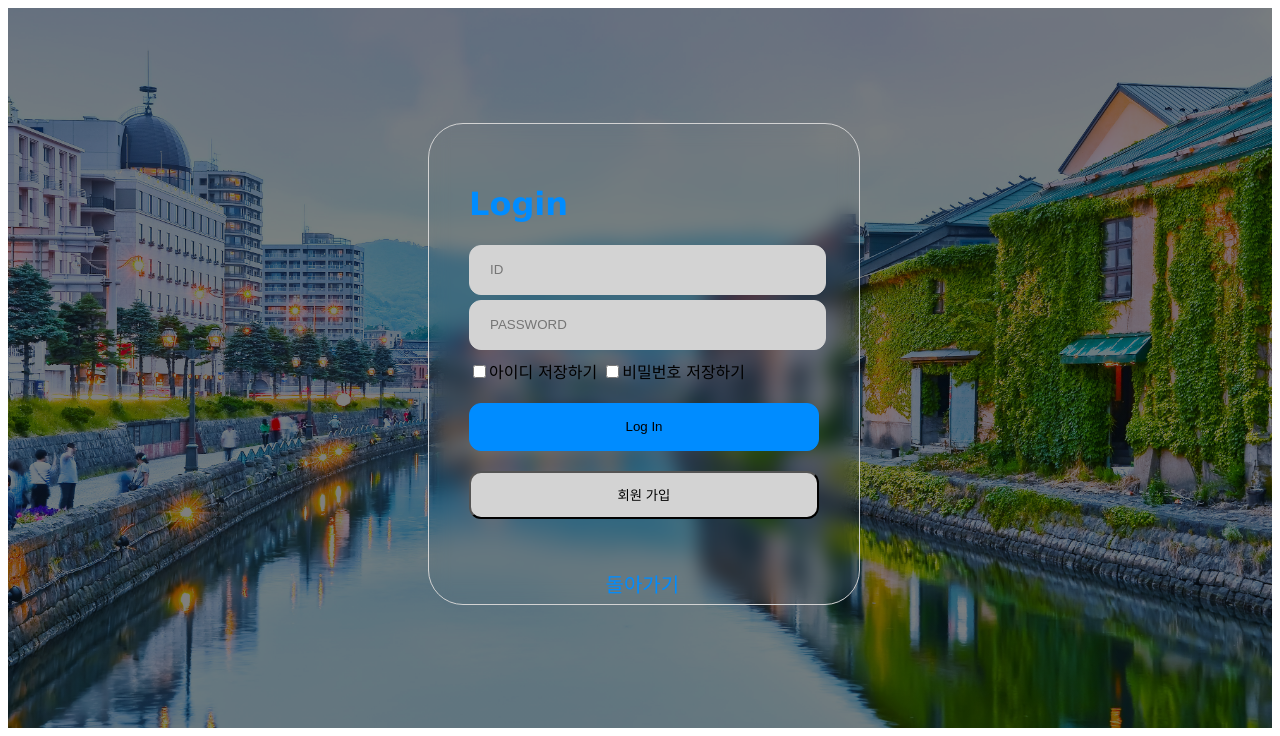
Repository: ExiNni/Travel-Project
Page: http://localhost/project_login/login.jsp
An editor plug-in stored every save of this project. The page is shown before and after the next save, followed by the edit.
The browser window is 1280 px wide. The pictures show the whole page.
The page is served by Tomcat 9. Other server files are loaded and not shown.

Above is the page before, as saved 2023-11-13 06:04:30.

### project_login/src/main/webapp/login.jsp
<%@ page language="java" contentType="text/html; charset=EUC-KR" pageEncoding="EUC-KR"%>
<!DOCTYPE html>
<html>
<head>
    <meta charset="EUC-KR">
    <title>로그인</title>
    <link rel="stylesheet" href="login.css">

    <script>
        function displayLoginFail() {
            alert("아이디 / 비밀번호가 일치하지 않습니다."); // 팝업으로 표시할 오류 메세지
        }
    </script>
</head>
<body>
    <form action="LoginServlet" method="post">
        <input type="hidden" name="action" value="login">
        <header>
            <div class="total">
                <h1>Login</h1>
                <div class="login-form">
                    <input type="text" name="USER_ID" id="user_id" placeholder="ID">
                    <input type="password" name="USER_PW" id="user_pw" placeholder="PASSWORD">
                    <input type="checkbox" id="check">아이디 저장하기
                    <input type="checkbox" id="passCheck">비밀번호 저장하기
                    <input type="submit" id="btn" value="Log In">
                    <input type="button" onclick="location.href='#'" id="btn2" value="회원 가입">
                </div>
                <a href="mainpage.jsp" class="back">돌아가기</a>
            </div>
        </header>
    </form>

    <%
        String loginError = (String) request.getAttribute("loginError");

        if (loginError != null) {
    %>
        <script>
            displayLoginFail();
        </script>
    <%
        }
    %>
</body>
</html>

### project_login/src/main/webapp/login.css
@charset "EUC-KR";
header{
    background-image:linear-gradient(rgba(0,0,0,0.5),rgba(0,0,0,0.5)), url('3.jpg');
    height: 100vh;
    background-size: cover;
    background-position: center;
}

.total {
    margin: 4px;
    width: 350px;
    height: 400px;
    padding: 40px;
    border: 1px solid lightgray;
    background: transparent;
    backdrop-filter: blur(10px);
    border-radius: 35px;
}

.total>h1 {
    color: rgb(0, 140, 255);
}

.login-form>#user_id,
#user_pw {
    width: 90%;
    height: 48px;
    padding: 0 20px;
    margin-bottom: 5px;
    background-color: lightgray;
    border: 1px solid lightgray;
    border-radius: 12px;
}

.login-form>#check {
    margin-top: 10px;
    font-size: 10px;
}

.login-form>#btn {
    width: 100%;
    height: 48px;
    background-color: rgb(0, 140, 255);
    border: 1px solid rgb(0, 140, 255);
    border-radius: 12px;
    margin-top: 20px;
}

.login-form>#btn2 {
    width: 100%;
    height: 48px;
    background-color: lightgray;
    border: 1px solid lightgray(0, 140, 255);
    border-radius: 12px;
    margin-top: 20px;
    margin-bottom: 50px;
}

.total {
    position: absolute;
    top: 50%;
    left: 50%;
    transform: translate(-50%, -50%);
    font-family: Verdana, Geneva, Tahoma, sans-serif;
}

.back{
    font-size: 20px;
    text-decoration-line: none;
    color:  rgb(0, 140, 255);
    margin-left: 39%;
}

After the next save:
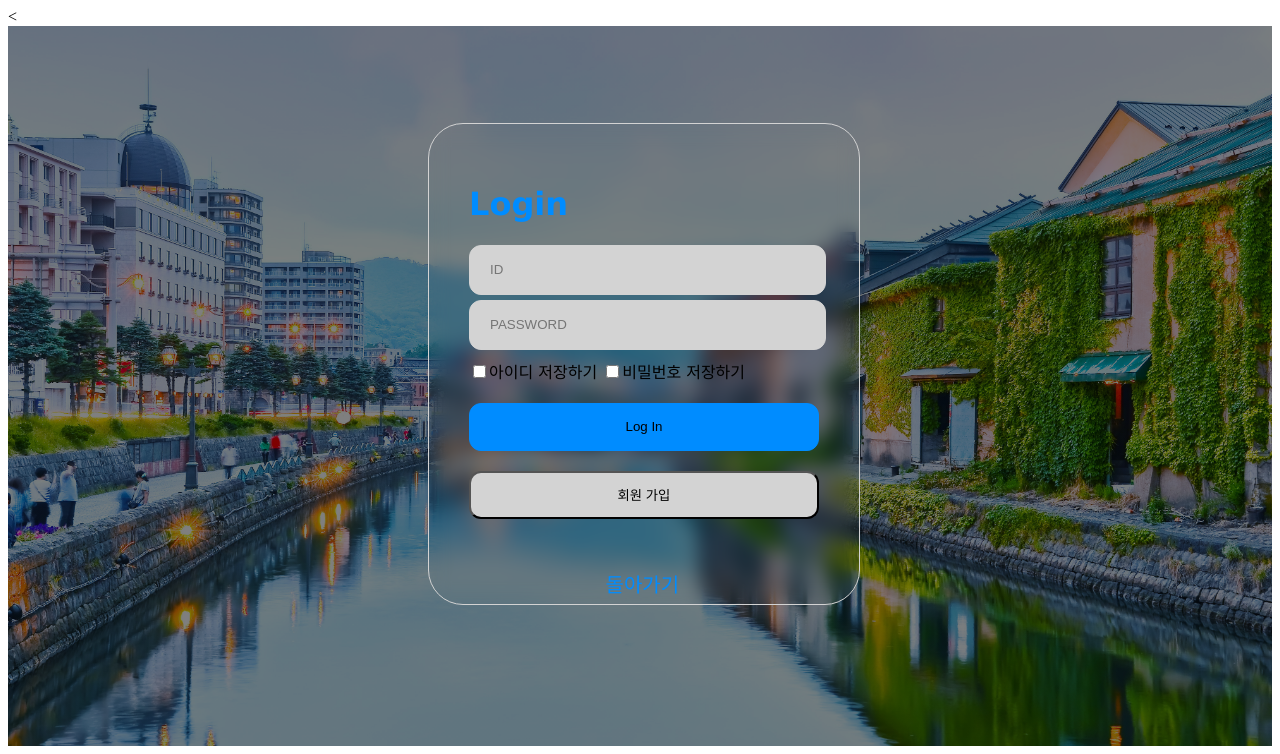
Saved 29 s later.
--- a/project_login/src/main/webapp/login.jsp
+++ b/project_login/src/main/webapp/login.jsp
@@ -13,7 +13,8 @@
     </script>
 </head>
 <body>
-    <form action="LoginServlet" method="post">
+    <<form action="${pageContext.request.contextPath}/LoginServlet?action=login"
+		method="post">
         <input type="hidden" name="action" value="login">
         <header>
             <div class="total">

After the save that followed:
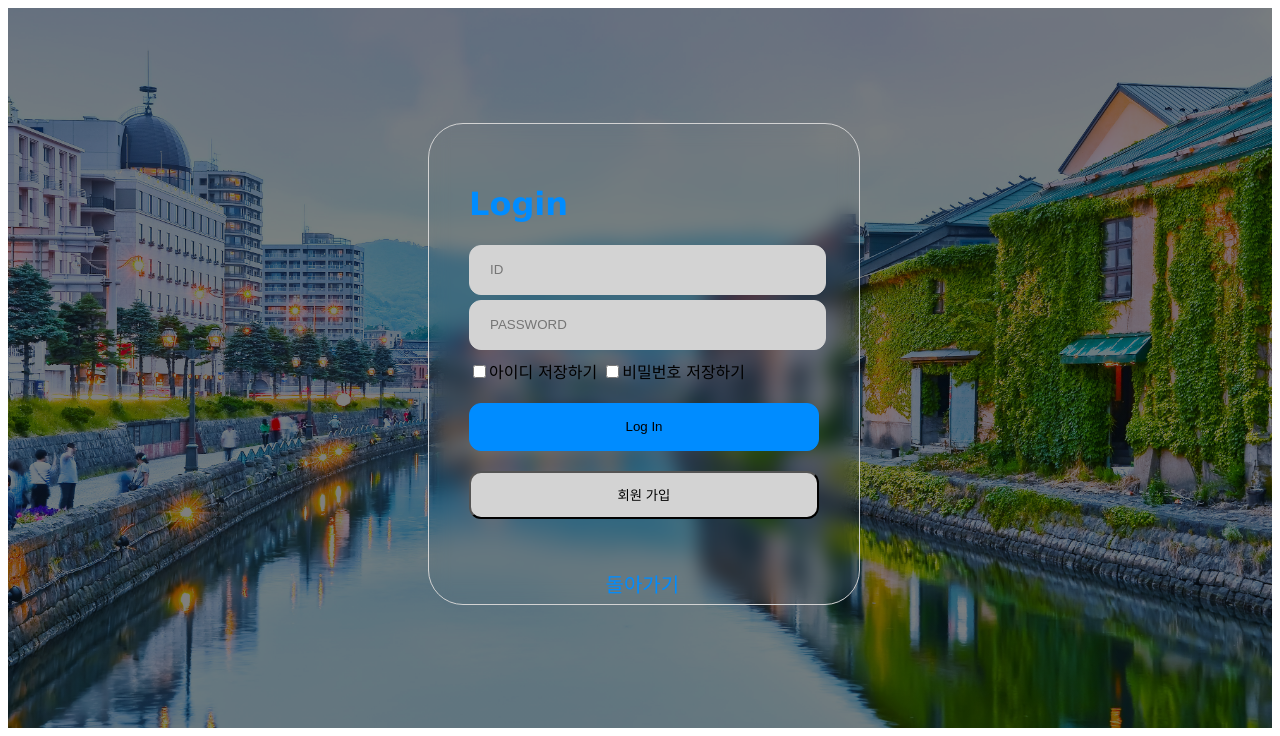
Saved 4 min 33 s later.
--- a/project_login/src/main/webapp/login.jsp
+++ b/project_login/src/main/webapp/login.jsp
@@ -13,23 +13,22 @@
     </script>
 </head>
 <body>
-    <<form action="${pageContext.request.contextPath}/LoginServlet?action=login"
-		method="post">
-        <input type="hidden" name="action" value="login">
-        <header>
-            <div class="total">
-                <h1>Login</h1>
-                <div class="login-form">
-                    <input type="text" name="USER_ID" id="user_id" placeholder="ID">
-                    <input type="password" name="USER_PW" id="user_pw" placeholder="PASSWORD">
-                    <input type="checkbox" id="check">아이디 저장하기
-                    <input type="checkbox" id="passCheck">비밀번호 저장하기
-                    <input type="submit" id="btn" value="Log In">
-                    <input type="button" onclick="location.href='#'" id="btn2" value="회원 가입">
-                </div>
-                <a href="mainpage.jsp" class="back">돌아가기</a>
+    <form action="${pageContext.request.contextPath}/LoginServlet?action=login" method="post">
+    <input type="hidden" name="action" value="login">
+    <header>
+        <div class="total">
+            <h1>Login</h1>
+            <div class="login-form">
+                <input type="text" name="USER_ID" id="user_id" placeholder="ID">
+                <input type="password" name="USER_PW" id="user_pw" placeholder="PASSWORD">
+                <input type="checkbox" id="check">아이디 저장하기
+                <input type="checkbox" id="passCheck">비밀번호 저장하기
+                <input type="submit" id="btn" value="Log In">
+                <input type="button" onclick="location.href='#'" id="btn2" value="회원 가입">
             </div>
-        </header>
+            <a href="mainpage.jsp" class="back">돌아가기</a>
+        </div>
+    </header>
     </form>
 
     <%
